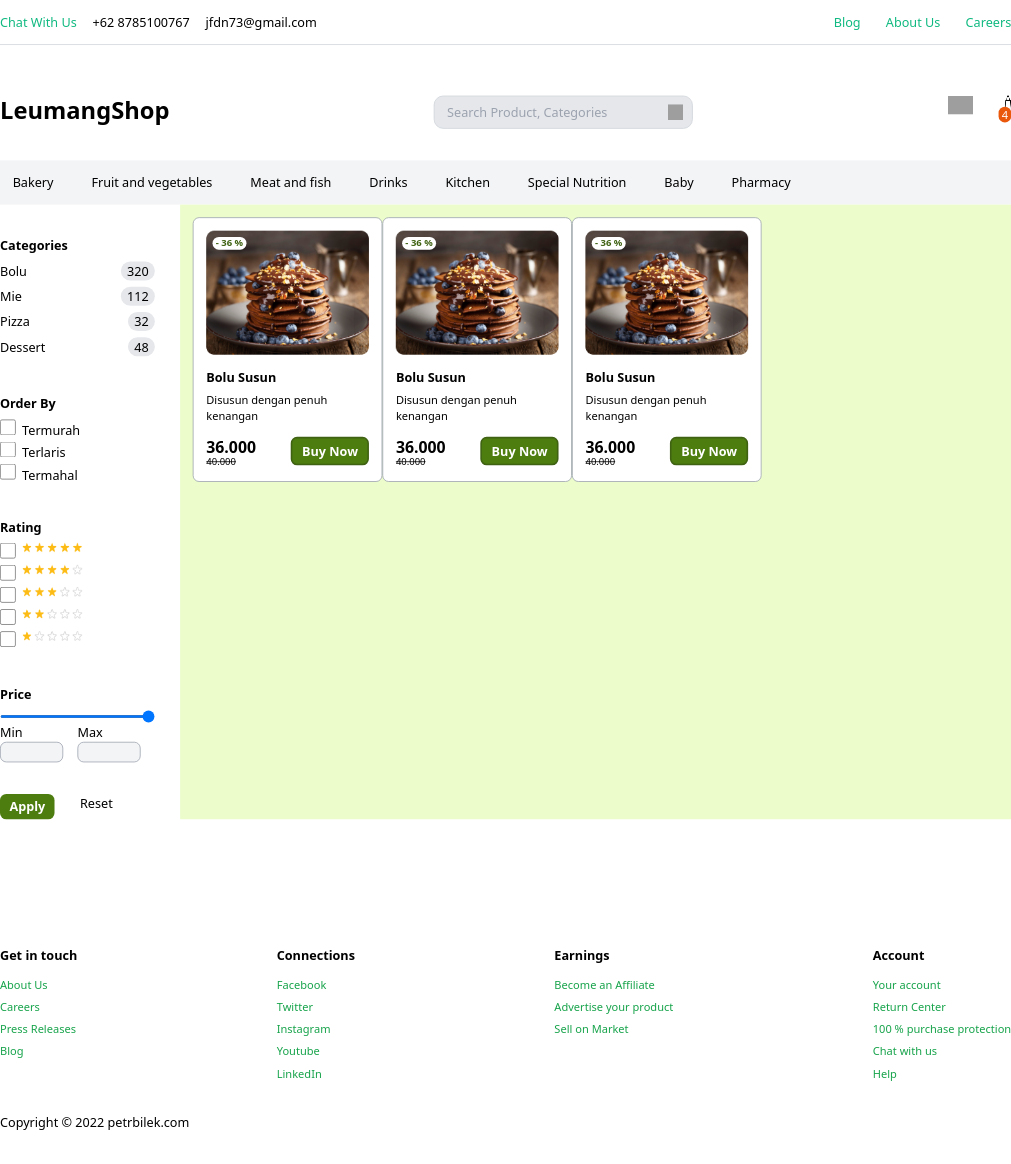
Repository: jafetdn73/ecommerce-tailwind
Page: /
An editor plug-in stored every save of this project. The page is shown before and after the next save, followed by the edit.
The browser window is 1280 px wide. The pictures show the whole page, at 79% of full size.
Pictures or frames that could not be fetched are drawn as grey boxes. The project was rebuilt for these pictures with package versions that can differ from the ones it lists, and the page was loaded fresh each time. Also part of the build but not shown: src/App.css.

Above is the page before, as saved 2022-03-14 15:37:54.

After the next save:
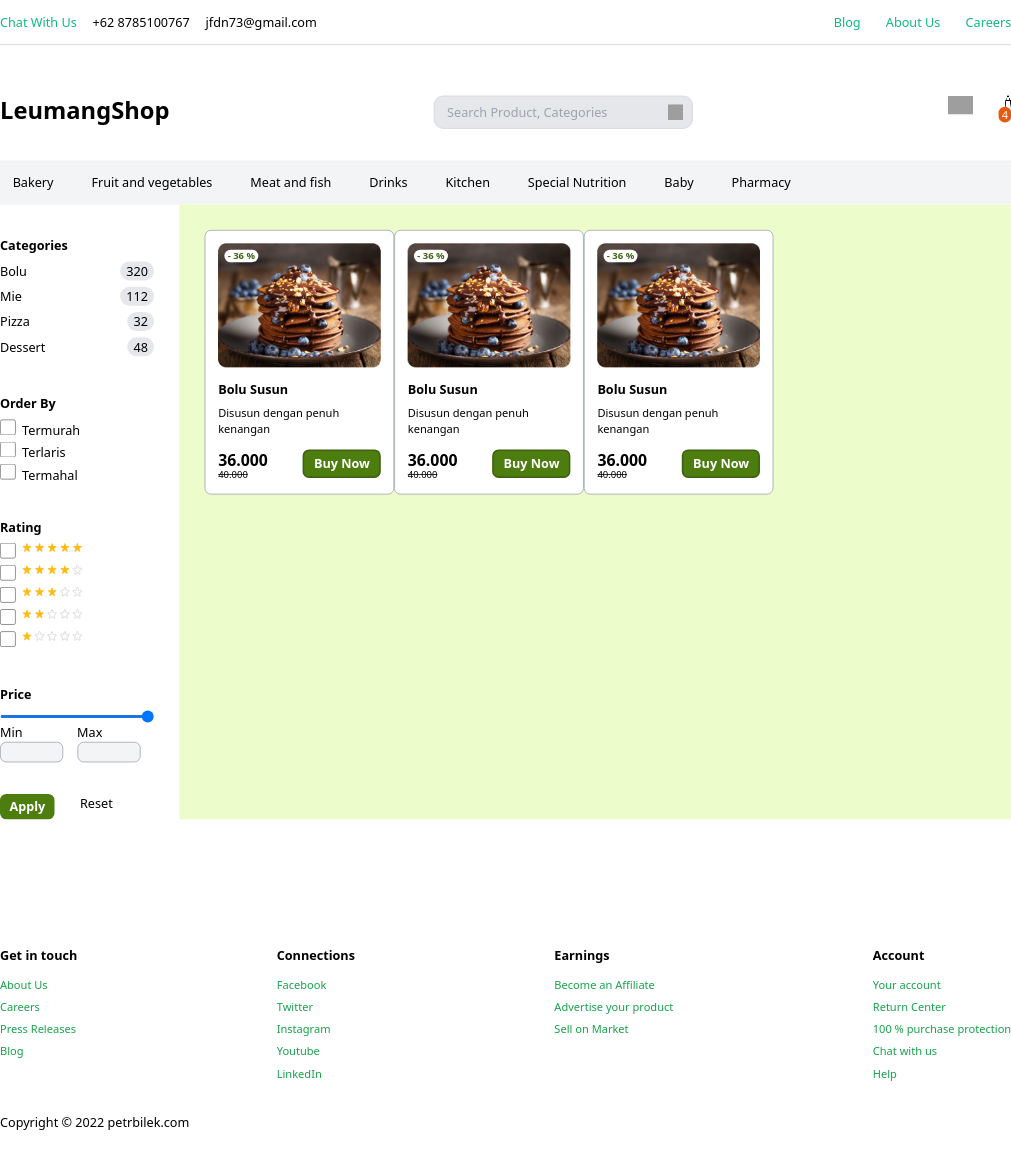
Saved 15 s later.
--- a/src/App.js
+++ b/src/App.js
@@ -174,7 +174,7 @@ function App() {
           </div>
         </div>
         {/* Container Content */}
-        <div className="flex flex-wrap bg-lime-100 w-full p-4" >
+        <div className="flex flex-wrap bg-lime-100 w-full p-8" >
           <div className="w-60 h-fit p-4 bg-white border border-gray-400 rounded-lg">
             <div className="flex relative">
               <img src="images/bolu-susun.png" alt="bolu-susun" width="236" height="180"/>
